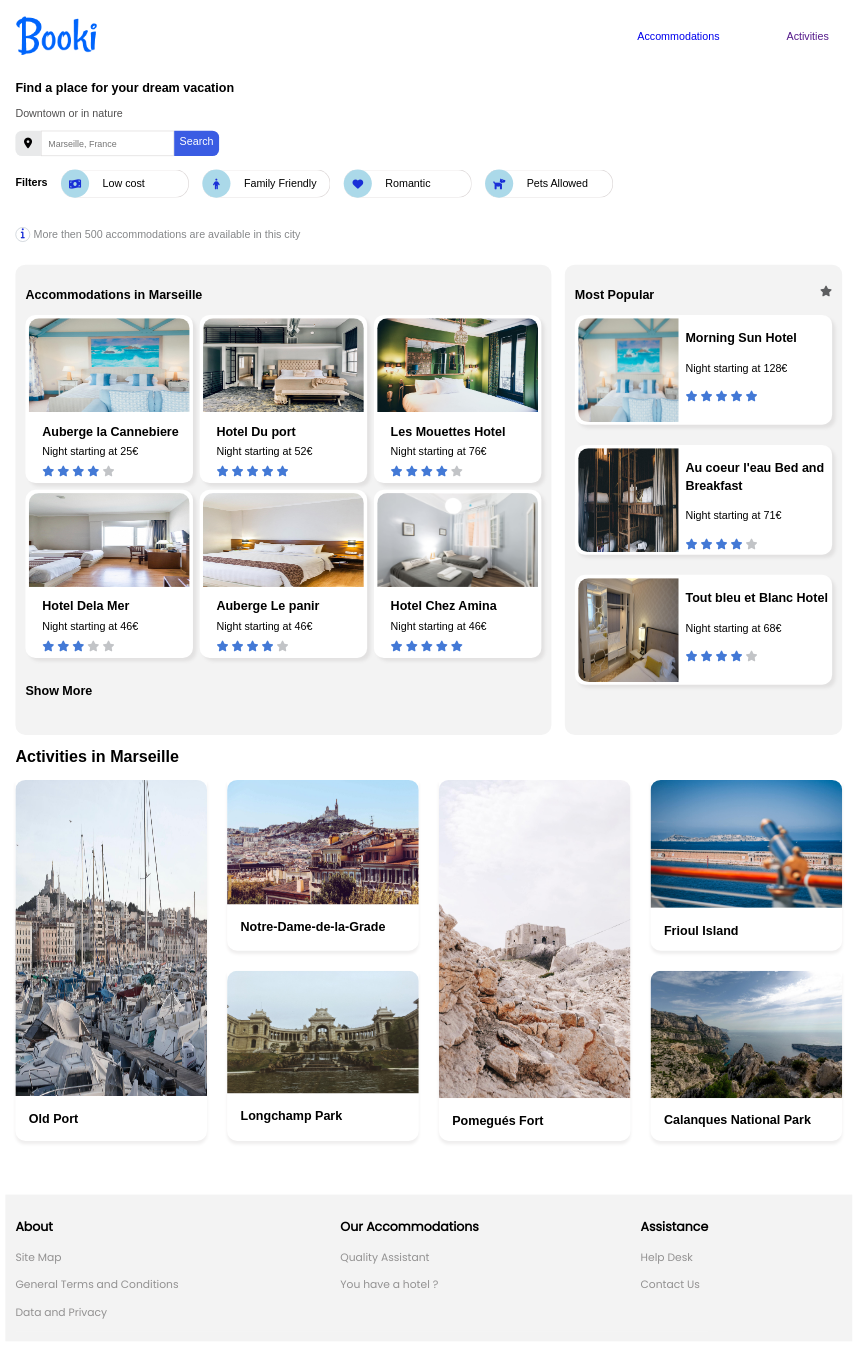
Repository: ailahin/booki
Page: index.html
These files come from the project's save history. The page is drawn as it stood at one moment and after the next save; the edit follows.
The browser window is 1280 px wide. The pictures show the whole page, at 67% of full size.
Some web fonts or font styles are not loaded; a fallback is used. Some web libraries are served in a nearby version.

Above is the page before, as saved 2023-07-22 12:38:40.

After the next save:
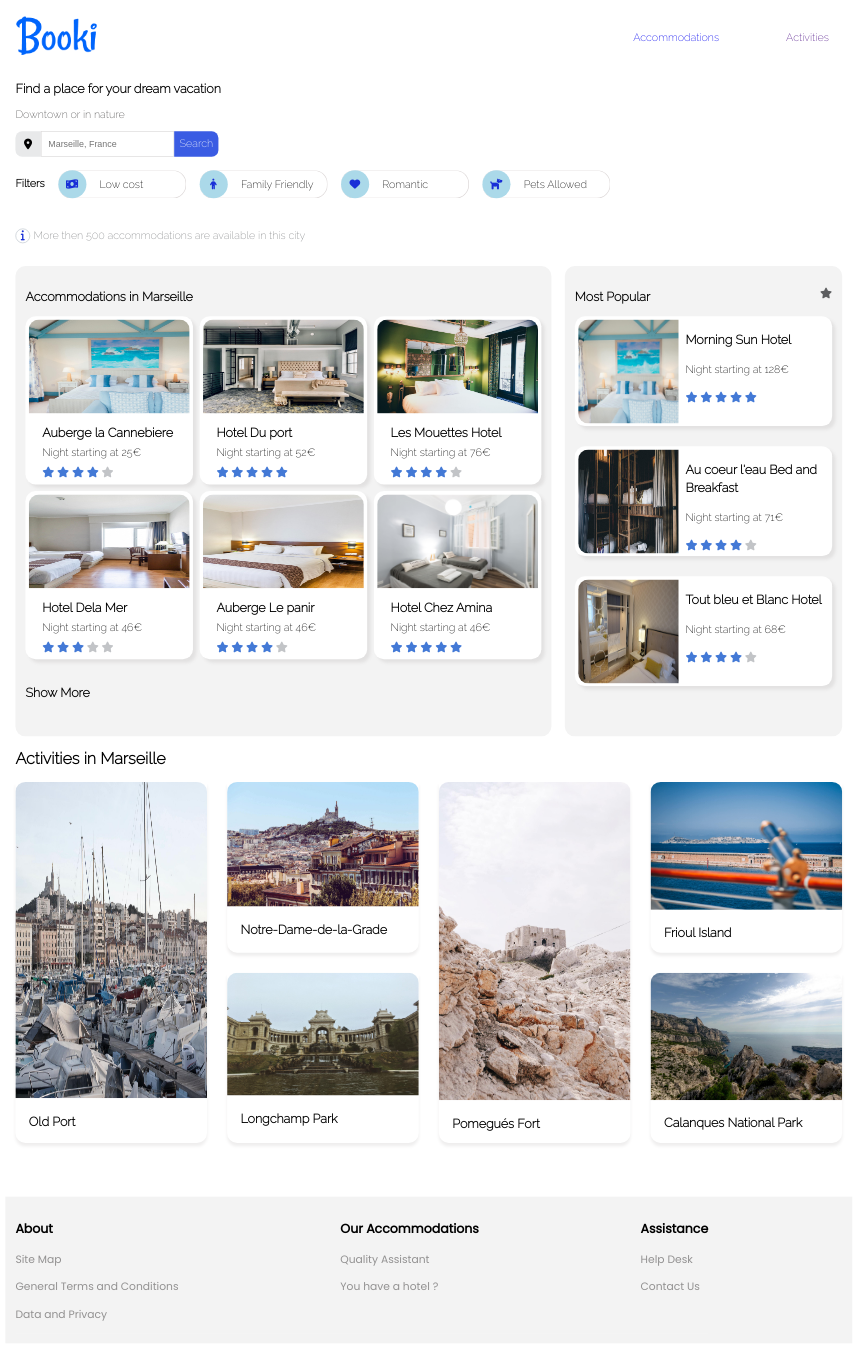
Saved 30 s later.
--- a/css/index.css
+++ b/css/index.css
@@ -1,5 +1,5 @@
 .body{
-    font-family: "railway", sans-serif;
+    font-family: 'Raleway', sans-serif;
     padding-left: 15px;
     padding-right: 15px;
 }
